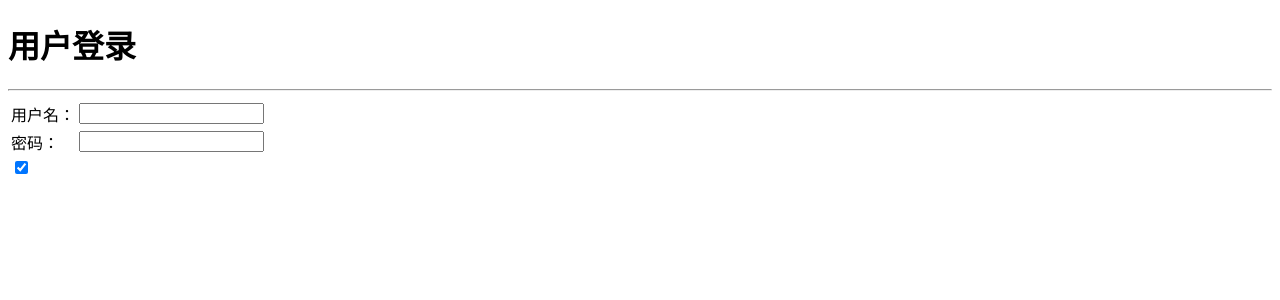
Repository: chengshide/Servlet
Page: http://localhost/CookieDemo/login.jsp
The author's editor kept a copy of each file at every save. The page is drawn from the files as they stood at one save, then again after the next save.
The browser window is 1280 px wide. The pictures show the whole page.
The page is served by Tomcat 9.

Above is the page before, as saved 2020-05-14 01:11:54.

After the next save:
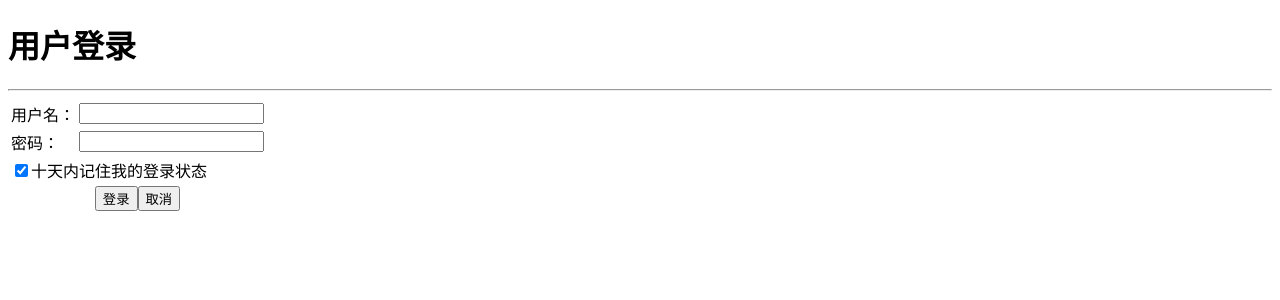
Saved 5 min 13 s later.
--- a/eclipseworlk/CookieDemo/WebContent/login.jsp
+++ b/eclipseworlk/CookieDemo/WebContent/login.jsp
@@ -20,7 +20,10 @@
            <td><input type="password" name="password" value="" /></td>
          </tr>
           <tr>
-           <td colspan="2"><input type="checkbox" name="isUseCookie" checked="checked" value="" /></td>
+           <td colspan="2"><input type="checkbox" name="isUseCookie" checked="checked"  />十天内记住我的登录状态</td>
+         </tr>
+         <tr>
+           <td colspan="2" align="center"><input type="submit" value="登录" /><input type="reset" value="取消" /></td>
          </tr>
        </table>
      </form>
